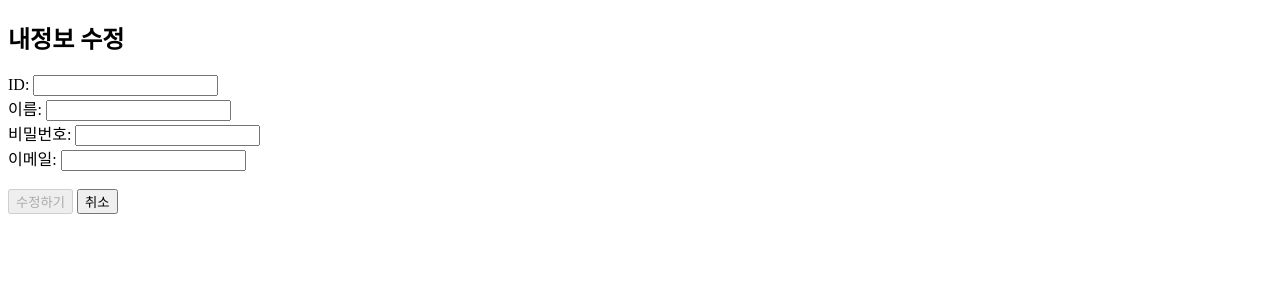
Repository: ejkim9090/FinalProject
Page: http://localhost/semiproject/myinfo
The author's editor kept a copy of each file at every save. The page is drawn from the files as they stood at one save, then again after the next save.
The browser window is 1280 px wide. The pictures show the whole page.
The page is served by Tomcat 9. Other server files are loaded and not shown.

Above is the page before, as saved 2023-02-21 12:39:09.

### java/semiproject/WebContent/WEB-INF/view/myinfo.jsp
<%@ page language="java" contentType="text/html; charset=UTF-8"
    pageEncoding="UTF-8"%>
<%@ taglib prefix="c" uri="http://java.sun.com/jsp/jstl/core" %>
<!DOCTYPE html>
<html>
<head>
<meta charset="UTF-8">
<title>Insert title here</title>
<script src="https://code.jquery.com/jquery-3.6.3.js"></script>
</head>
<body>
	<section>
	<form action="/myinfo" method="post">
		<h1>내정보 수정</h1>
		ID:
		<input type="text" value="${lgnss.id }" name="id">
		<br>
		이름:
		<input type="text" value="${lgnss.name }" name="name">
		<br>
		비밀번호:
		<input type="password" name="passwd" id="passwd">
		<span id="invaildChk"></span>
		<br>
		이메일:
		<input type="email" value="${lgnss.email }" name="email">
		<br><br>
		<button type="submit" disabled = "disabled">수정하기</button>
		<button type="button" class="btn main">취소</button>
	</form>
	</section>

	<script>

	let isNameNull = false; // 이름칸이 널인지?
	let isEmailNull = false; // 이메일칸이 널인지?
	let isPasswdVaild = false; // password 조건이 부합한지

	$("#passwd").on("input", invalidChkPasswd);
	$("#name").on("input", nullChkName);
	$("#email").on("input", nullChkEmail);

	function setButtonState() {
		if(!isNameNull && !isEmailNull && isPasswdValid) {
			$("button[type=submit]").removeAttr("disabled");
		} else {
			$("button[type=submit]").attr("disabled", "disabled");
		}
	}

	function invalidChkPasswd() {
			let pass = $("#passwd").val();

			if(pass.length < 5) {
				$("#invaildChk").html("패스워드가 5글자 이하입니다. 5글자 이상으로 작성해 주세요.");
				$("#invaildChk").css("color", "red");
				isPasswdValid = false;
				setButtonState();
			} else {
				$("#invaildChk").html("패스워드가 5글자 이상입니다.");
				$("#invaildChk").css("color", "green");
				isPasswdValid = true;
				setButtonState();
			}
		}

		function nullChkName() {
			let name = $("#name").val();
			if(name === "") {
				isNameNull = true;
				setButtonState();
			} else {
				isNameNull = false;
				setButtonState();
			}
		}

		function nullChkEmail() {
			let email = $("#email").val();
			if(email === "") {
				isEmailNull = true;
				setButtonState();
			} else {
				isEmailNull = false;
				setButtonState();
			}
		}
	</script>
</body>
</html>

### java/semiproject/src/kr/common/controller/MyinfoController.java
package kr.common.controller;

import java.io.IOException;
import java.util.List;

import javax.servlet.ServletException;
import javax.servlet.annotation.WebServlet;
import javax.servlet.http.HttpServlet;
import javax.servlet.http.HttpServletRequest;
import javax.servlet.http.HttpServletResponse;
import javax.servlet.http.HttpSession;
import javax.websocket.Session;

import kr.common.member.model.service.MemberService;
import kr.common.member.model.vo.MemberVo;

/**
 * Servlet implementation class MyinfoController
 */
@WebServlet("/myinfo")
public class MyinfoController extends HttpServlet {
	private static final long serialVersionUID = 1L;

    /**
     * @see HttpServlet#HttpServlet()
     */
    public MyinfoController() {
        super();
        // TODO Auto-generated constructor stub
    }

	/**
	 * @see HttpServlet#doGet(HttpServletRequest request, HttpServletResponse response)
	 */
	protected void doGet(HttpServletRequest request, HttpServletResponse response) throws ServletException, IOException {
		request.getRequestDispatcher("/WEB-INF/view/myinfo.jsp").forward(request, response);

	}

	@Override
	protected void doPost(HttpServletRequest request, HttpServletResponse response) throws ServletException, IOException {
		MemberVo vo = new MemberVo();

		vo.setId(request.getParameter("id"));
		vo.setEmail(request.getParameter("email"));
		vo.setPasswd(request.getParameter("passwd"));
		vo.setName(request.getParameter("name"));

		int result = new MemberService().updateUser(vo);

		if(result == 1) {
			response.sendRedirect(request.getContextPath()+"/");
			System.out.println("정보수정 성공");
		} else {
			response.sendRedirect(request.getContextPath()+"/");
			System.out.println("정보수정 실패");
		}
	}

}

After the next save:
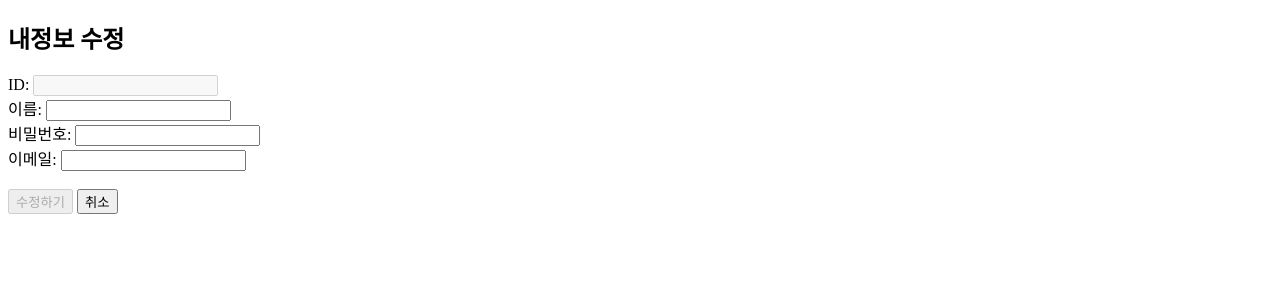
Saved 36 s later.
--- a/java/semiproject/WebContent/WEB-INF/view/myinfo.jsp
+++ b/java/semiproject/WebContent/WEB-INF/view/myinfo.jsp
@@ -13,7 +13,7 @@
 	<form action="/myinfo" method="post">
 		<h1>내정보 수정</h1>
 		ID:
-		<input type="text" value="${lgnss.id }" name="id">
+		<input type="text" value="${lgnss.id }" name="id" disabled>
 		<br>
 		이름:
 		<input type="text" value="${lgnss.name }" name="name">
